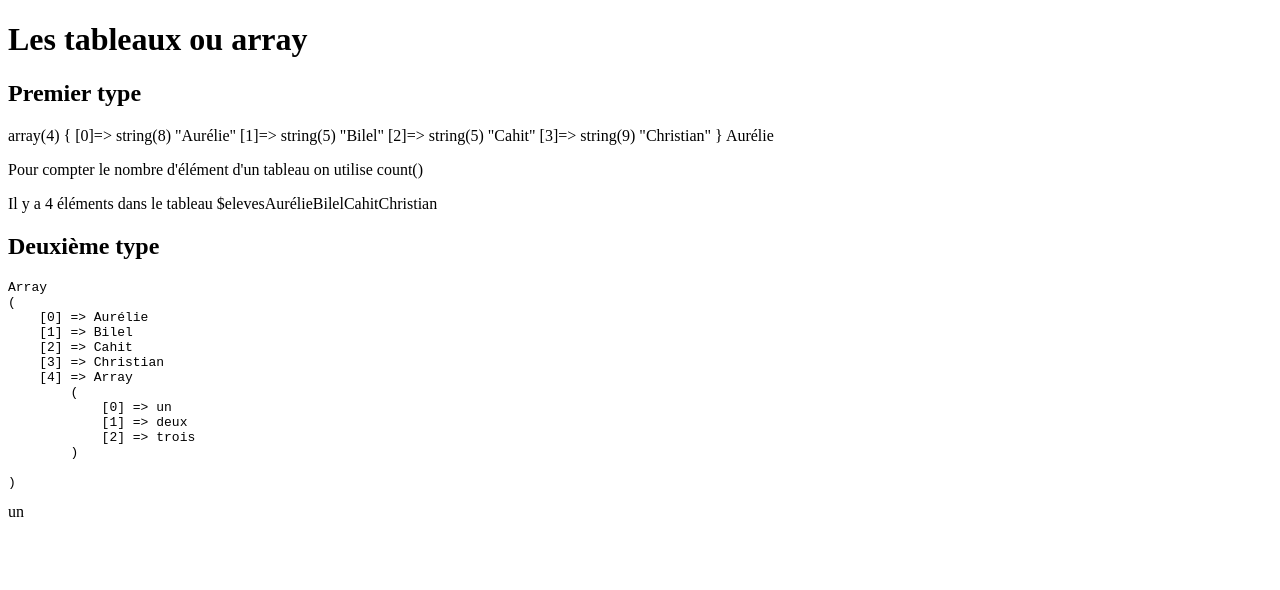
Repository: QuentinFayt/base-php-2021
Page: http://localhost/les_arrays.php
An editor plug-in stored every save of this project. The page is shown before and after the next save, followed by the edit.
The browser window is 1280 px wide. The pictures show the whole page.
The page is run by PHP 8.4 with error messages shown; the project is at /var/www/html/.

Above is the page before, as saved 2021-07-07 11:53:00.

After the next save:
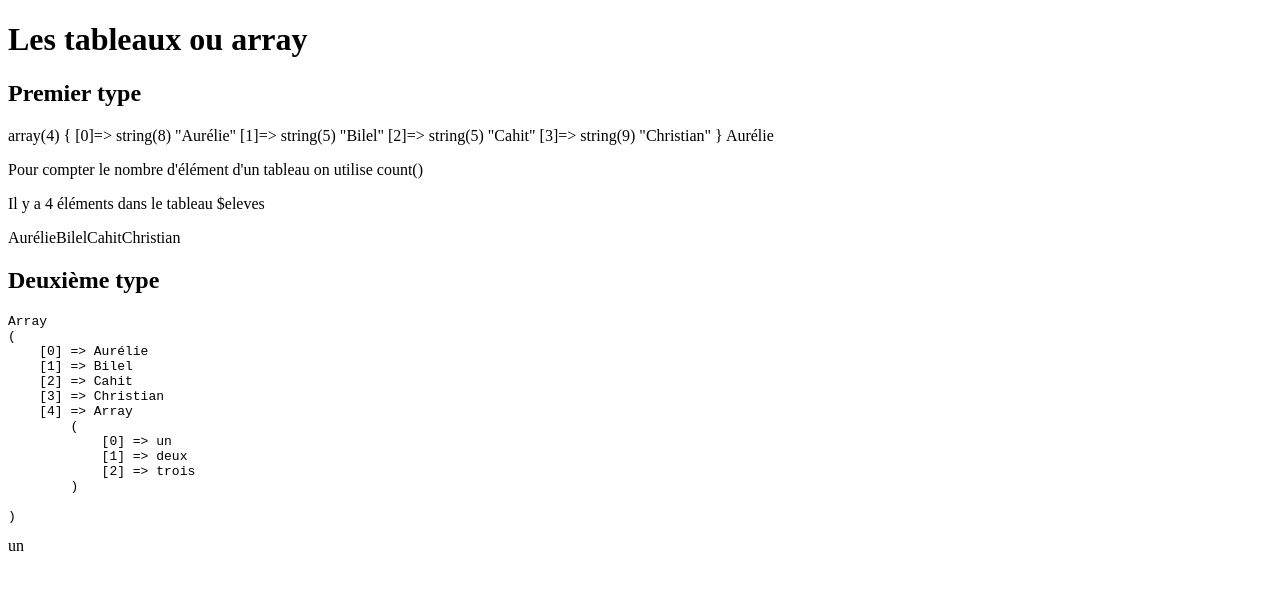
Saved 20 s later.
--- a/les_arrays.php
+++ b/les_arrays.php
@@ -25,7 +25,7 @@
 
         $nbEleves = count($eleves);
 
-        echo "Il y a ".$nbEleves.' éléments dans le tableau $eleves';
+        echo "<p>Il y a ".$nbEleves.' éléments dans le tableau $eleves</p>';
 
         for($n=0;$n<$nbEleves;$n++){
             echo $eleves[$n];
